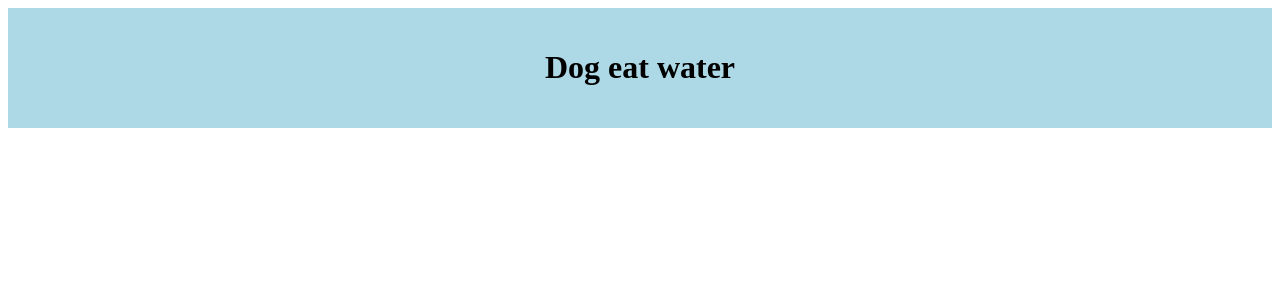
Repository: antyc0817/COMP-3170-Assignment-2-Reagan
Page: /
These files come from the project's save history. The page is drawn as it stood at one moment and after the next save; the edit follows.
The browser window is 1280 px wide. The pictures show the whole page.
The project was rebuilt for these pictures with package versions that can differ from the ones it lists, and the page was loaded fresh each time. Also part of the build but not shown: vite.config.js, src/index.css.

Above is the page before, as saved 2025-09-09 17:04:19.

After the next save:
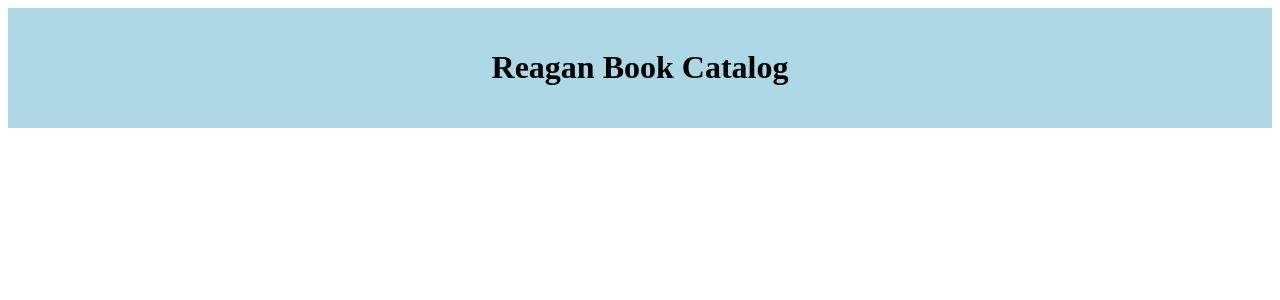
Saved 51 s later.
--- a/src/App.jsx
+++ b/src/App.jsx
@@ -4,7 +4,7 @@ function App() {
     return (
         <div>
             <header>
-                <h1>Dog eat water</h1>
+                <h1>Reagan Book Catalog</h1>
             </header>
         </div>
     );
